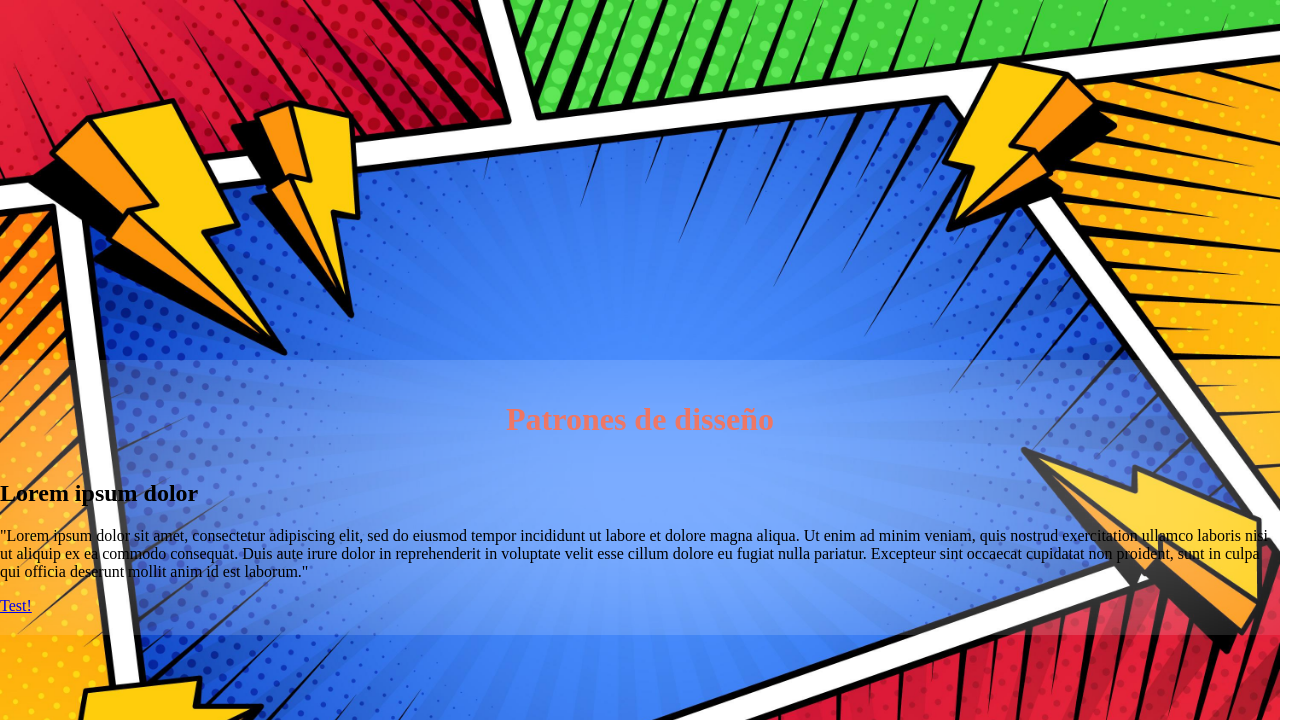
Repository: nrsWebs/design-pattern-es
Page: index.html
The author's editor kept a copy of each file at every save. The page is drawn from the files as they stood at one save, then again after the next save.
The browser window is 1280 px wide. The page is 1300 px wide, so the pictures cover 1300 px, including what lies to the right of the window. The pictures show the whole page.

Above is the page before, as saved 2021-02-06 19:18:34.

### index.html
<!DOCTYPE html>
<html>
<head>
<script src="https://ajax.googleapis.com/ajax/libs/jquery/3.5.1/jquery.min.js"></script>
<link rel="stylesheet" href="source/main.css">
</head>
<body>
    <div class="main-content">

        <div class="box">
            <div class="glass"></div>
            <h1>Patrones de disseño</h1>
            <div class="information">
                <h2>Lorem ipsum dolor</h2>
                <p>"Lorem ipsum dolor sit amet, consectetur adipiscing elit, sed do eiusmod tempor incididunt ut labore et dolore magna aliqua. Ut enim ad minim veniam, quis nostrud exercitation ullamco laboris nisi ut aliquip ex ea commodo consequat. Duis aute irure dolor in reprehenderit in voluptate velit esse cillum dolore eu fugiat nulla pariatur. Excepteur sint occaecat cupidatat non proident, sunt in culpa qui officia deserunt mollit anim id est laborum."</p>
                <a href="test.html">Test!</a>
            </div>
        </div>
    </div>
</body>
<footer>
    <a class="hidden-container" href="https://www.freepik.es/vectores/fondo">Vector de Fondo creado por coolvector - www.freepik.es</a>
</footer>
<script>
$(document).ready(function(){

});
</script>
</html>

### source/main.css
:root {
    --main: #000;
    --secondary:  #E94F37;
}
.hidden-container{
    display: none;;
}
body {
    background-image: url('./images/4845746.jpg');
     background-repeat: no-repeat;
    background-attachment: fixed;
    background-size: cover;
    display: flex;
    justify-content: center;
    width: 100%;
    color: var(--main);
}
.main-content{
    display: block;
    width: 100%;

}
h1{
    text-align: center;
    color: var(--secondary)
}
.box {
    display: flex;
    flex-direction: column;
    justify-content: space-around;
    width: 100%;
    max-width: 1440px;
    padding: 20px;
    position: absolute;
    top: 50%;
    left: 50%;
    transform: translateY(-50%);
    transform: translateX(-50%);
    overflow: hidden;
    border-radius: 10px;
}
.box .information{
    z-index: 99;
}
/* GLASS EFFECT */
.glass{
    background: inherit;
    width: 100%;
    height: 100%;
}
.glass:before {
    content: '';
    width: 100%;
    height: 100%;
    background: inherit;
    position: absolute;
    left: 0;
    right: 0;
    top: 0;
    bottom: 0;
    box-shadow: inset 0 0 0 200px rgba(255,255,255,0.3);
    filter: blur(90px);
    border-radius: 5px;
}

After the next save:
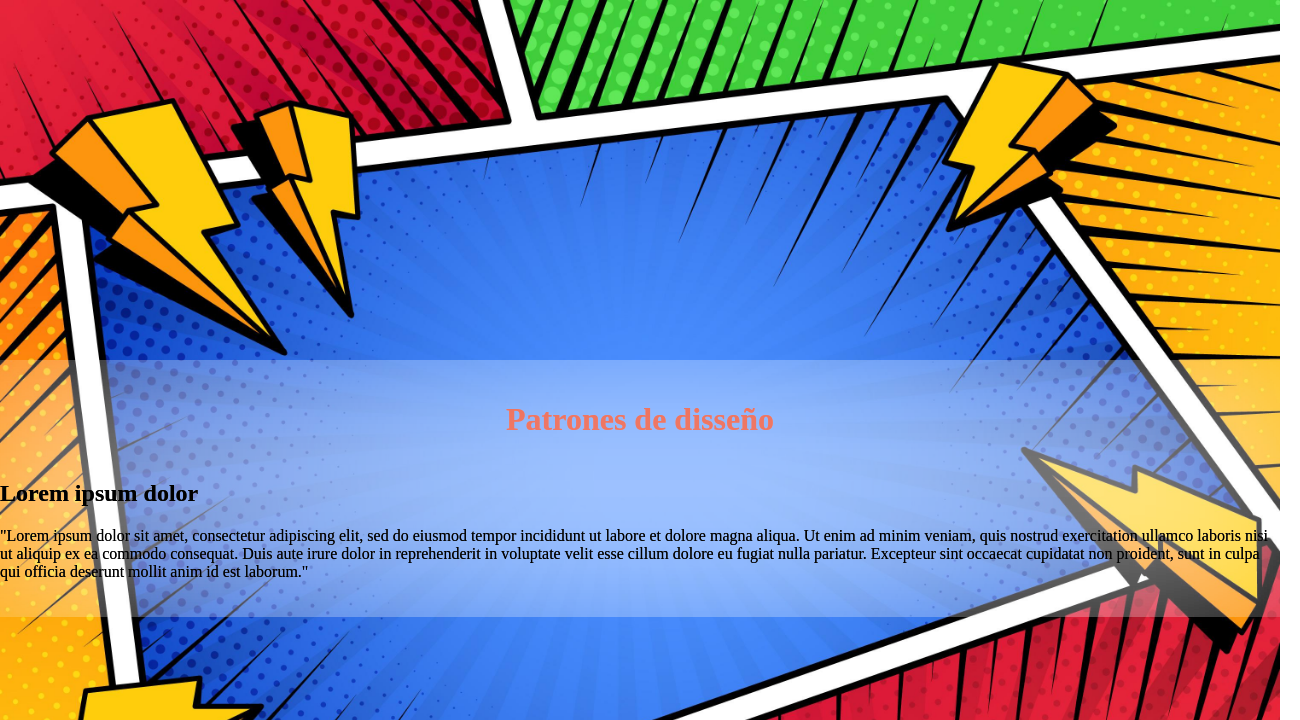
Saved 37 s later.
--- a/index.html
+++ b/index.html
@@ -6,14 +6,20 @@
 </head>
 <body>
     <div class="main-content">
-
         <div class="box">
             <div class="glass"></div>
             <h1>Patrones de disseño</h1>
             <div class="information">
                 <h2>Lorem ipsum dolor</h2>
                 <p>"Lorem ipsum dolor sit amet, consectetur adipiscing elit, sed do eiusmod tempor incididunt ut labore et dolore magna aliqua. Ut enim ad minim veniam, quis nostrud exercitation ullamco laboris nisi ut aliquip ex ea commodo consequat. Duis aute irure dolor in reprehenderit in voluptate velit esse cillum dolore eu fugiat nulla pariatur. Excepteur sint occaecat cupidatat non proident, sunt in culpa qui officia deserunt mollit anim id est laborum."</p>
-                <a href="test.html">Test!</a>
+            </div>
+        </div>
+        <div class="box hidden-container">
+            <div class="glass"></div>
+            <h1>Patrones de disseño</h1>
+            <div class="information">
+                <h2>Lorem ipsum dolor</h2>
+                <p>"Lorem ipsum dolor sit amet, consectetur adipiscing elit, sed do eiusmod tempor incididunt ut labore et dolore magna aliqua. Ut enim ad minim veniam, quis nostrud exercitation ullamco laboris nisi ut aliquip ex ea commodo consequat. Duis aute irure dolor in reprehenderit in voluptate velit esse cillum dolore eu fugiat nulla pariatur. Excepteur sint occaecat cupidatat non proident, sunt in culpa qui officia deserunt mollit anim id est laborum."</p>
             </div>
         </div>
     </div>
@@ -22,8 +28,6 @@
     <a class="hidden-container" href="https://www.freepik.es/vectores/fondo">Vector de Fondo creado por coolvector - www.freepik.es</a>
 </footer>
 <script>
-$(document).ready(function(){
 
-});
 </script>
 </html>
